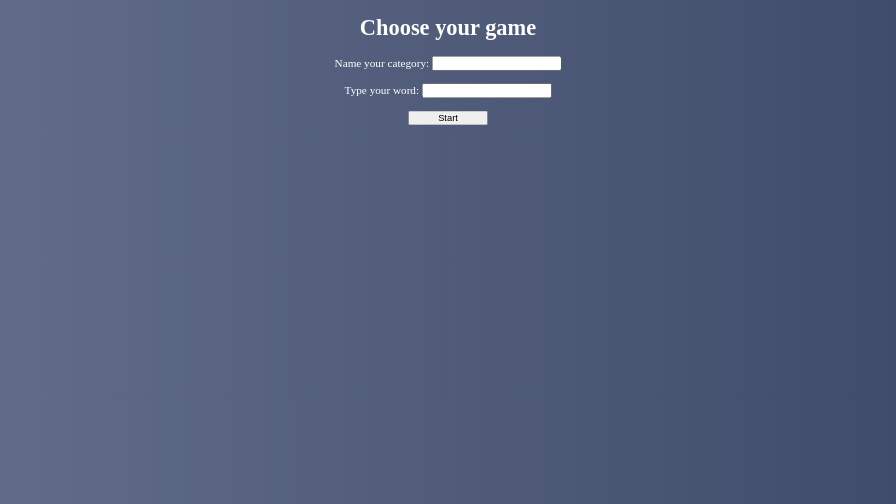
Repository: Darkingfired/Game
Page: index.html
These files come from the project's save history. The page is drawn as it stood at one moment and after a run of saves; the edit follows.
The browser window is 1280 px wide. The pictures show the part of the page from y = 0 to 1920 px (the page is 720 px tall before and 3193 px after), at 70% of full size.

Above is the page before, as saved 2022-09-09 04:16:40.
Console error: SyntaxError: Cannot use import statement outside a module

### index.html
<!DOCTYPE html>
<html lang="en">
  <head>
    <title>Game For Family</title>
    <meta charset="UTF-8" />
    <meta http-equiv="X-UA-Compatible" content="IE=edge" />
    <meta name="viewport" content="width=device-width, initial-scale=1.0" />
    <link rel="stylesheet" href="style.css" />
    <script defer src="script.js"></script>
  </head>
  <body>
    <h1>Choose your game</h1>
    <form action="http://127.0.0.1:5500/hangman.html" method="get">
      <label for="fname">Name your category:</label>
      <input type="text" id="fname" name="fname"><br><br>
      <label for="lname">Type your word:</label>
      <input type="text" id="lname" name="lname"><br><br>
      <input style="width: 9%" style ="height: 6%" type="submit" value="Start">
    </form>
        <!-- <button class="button button4"><a>click here</a></button> -->
  </body>
</html>
<!--
<iframe id="ssIFrame_google" sandbox="allow-scripts allow-same-origin" aria-hidden="true" frame-border="0" src="https://accounts.google.com/o/oauth2/iframe#origin=https%3A%2F%2Fwww.linkedin.com&amp;rpcToken=400577418.81786543" style="position: absolute; width: 1px; height: 1px; inset: -9999px; display: none;"></iframe> -->

### style.css
body {
  /** background-image: linear-gradient(to right, #f46b45, #eea849); */
  background-image: linear-gradient(to right, #606c88, #3f4c6b);
  color: white;
  text-align: center;
}
.wrapper {
  width: fit-content;
  margin: auto;
}
.hint-div {
  display: flex;
  color: chartreuse;
}
.hint-button,
.reset-button,
.notification-button {
  cursor: pointer;
}
.reset-button {
  margin-left: auto;
}
.alpha {
  width: 2rem;
  height: 2rem;
  background: #ffe5b4;
  border: none;
  border-radius: 4px;
  margin: 3px;
  cursor: pointer;
}
.alpha:hover {
  background-color: #e75480;
  border: none;
}
.disabled {
  pointer-events: none;
  background-color: darkgray;
}

.word-div {
  display: inline-flex;
}
.word {
  margin-right: 1.5rem;
}
.notification {
  position: absolute;
  top: 50%;
  left: 50%;
  transform: translate(-50%, -50%);
  background: #fc6c85;
  width: 20rem;
  padding: 20px 10px;
  border-radius: 4px;
  box-shadow: 3px 3px 1px 1px rgba(0, 0, 0, 0.2);
}
.blur {
  filter: blur(2px);
}
.hidden {
  display: none;
}
form {
  display: block;
  fon
}

### script.js
import React from 'react';

var input;



if(input == HangMan){


}
else if (input != HangMan){
    Document.write("Ko co Game nay");
}

After the next 4 saves:
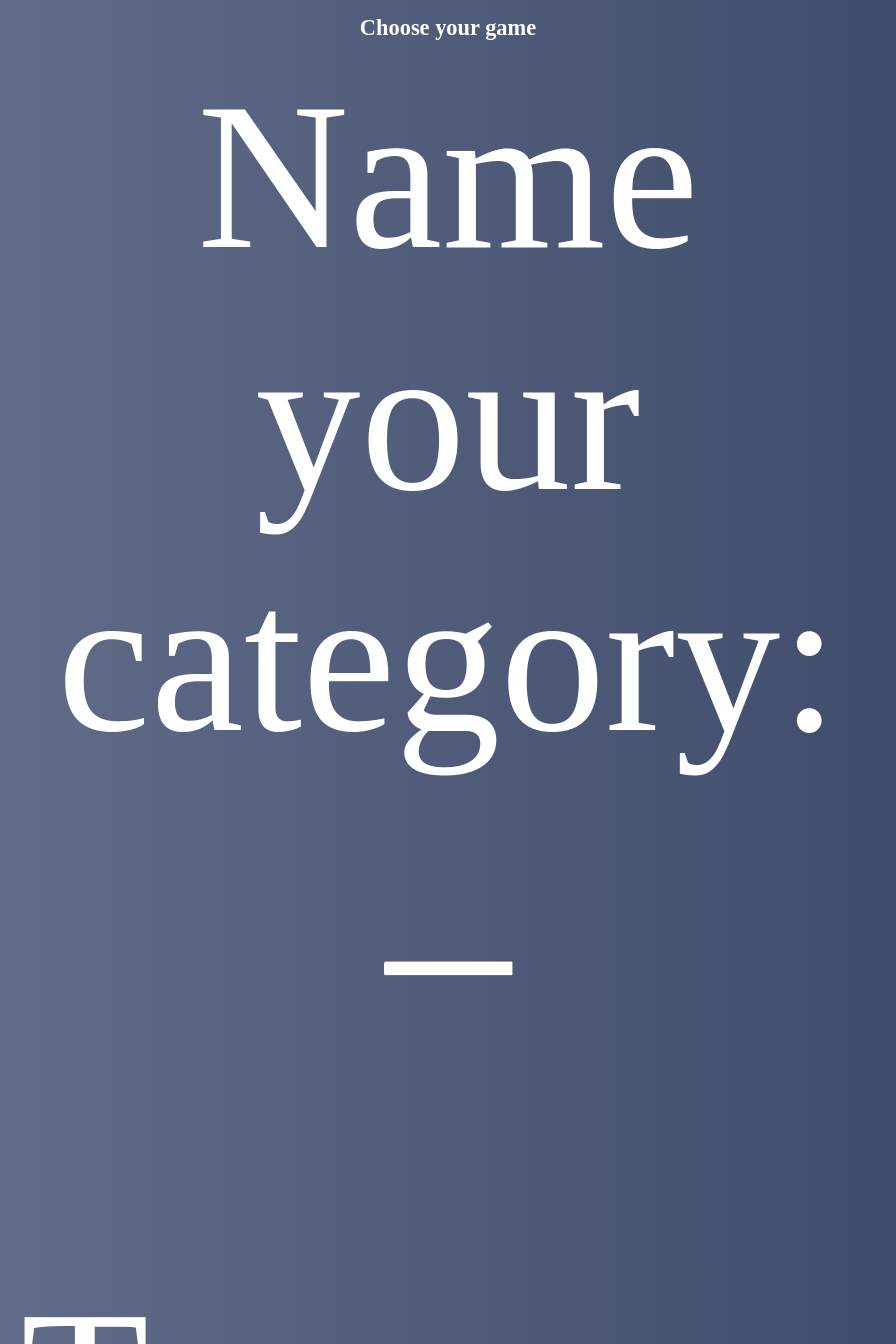
The 4 saves are shown as one change because they came seconds apart.
The last was saved 11 s later.
--- a/style.css
+++ b/style.css
@@ -63,5 +63,5 @@ body {
 }
 form {
   display: block;
-  fon
+  font-size: 300px;
 }
